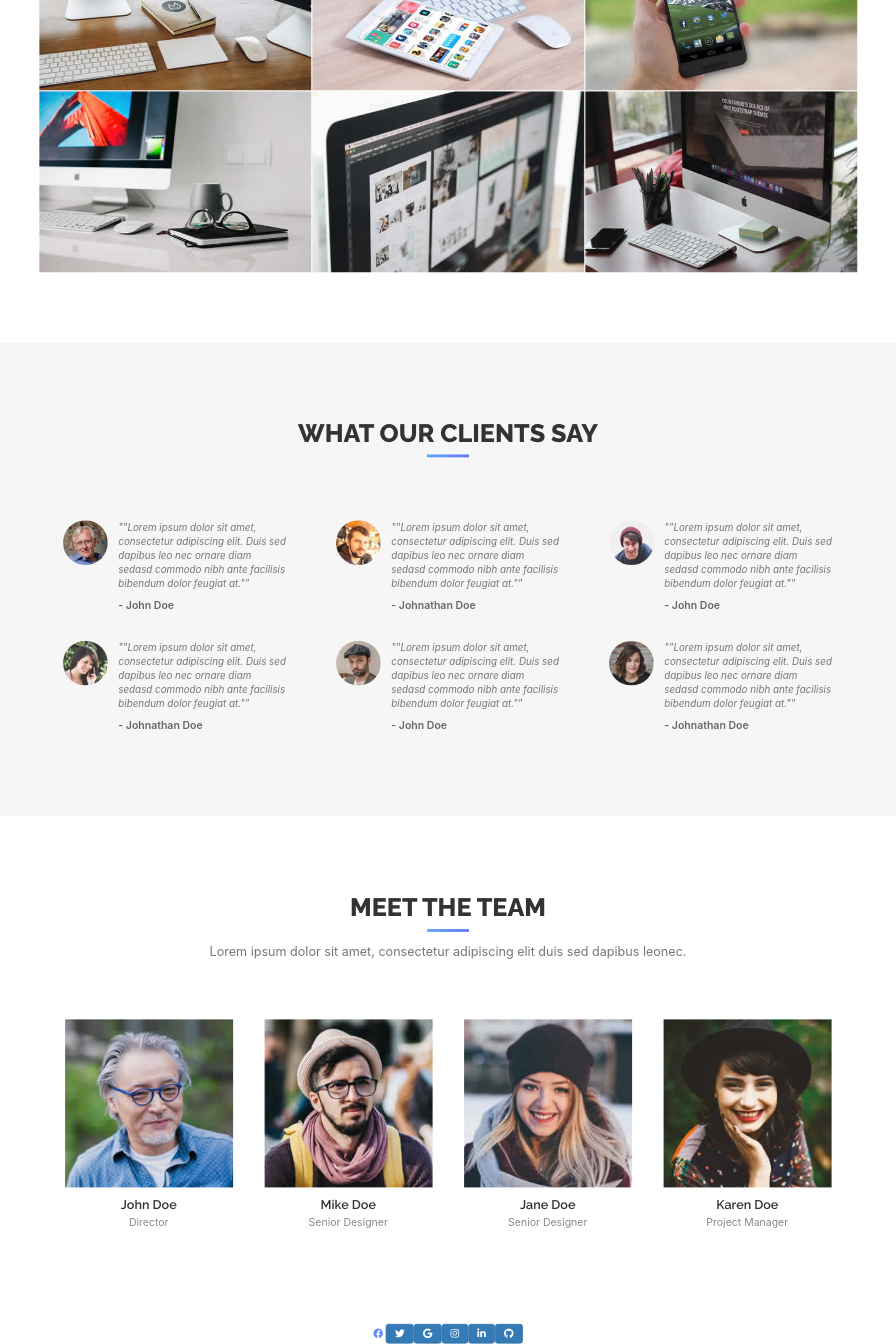
Repository: andrealepori/digitize-reactapp
Page: /
The author's editor kept a copy of each file at every save. The page is drawn from the files as they stood at one save, then again after a run of saves.
The browser window is 1280 px wide. The pictures show the part of the page from y = 3755 to 5675 px (the page is 5675 px tall before and 5664 px after), at 70% of full size.
The project was rebuilt for these pictures with package versions that can differ from the ones it lists, and the page was loaded fresh each time.

Above is the page before, as saved 2021-09-21 14:55:59.

### public/index.html
<head>
  <meta charset="utf-8" />
  <meta name="viewport" content="width=device-width, initial-scale=1" />
  <link rel="shortcut icon" href="img/favicon.ico" type="image/x-icon" />
  <link rel="apple-touch-icon" href="img/apple-touch-icon.png" />
  <link href="https://use.fontawesome.com/releases/v5.15.1/css/all.css" rel="stylesheet" />
  <link
    rel="apple-touch-icon"
    sizes="72x72"
    href="img/apple-touch-icon-72x72.png"
  />
  <link
    rel="apple-touch-icon"
    sizes="114x114"
    href="img/apple-touch-icon-114x114.png"
  />

  <link rel="stylesheet" type="text/css" href="css/bootstrap.css" />
  <link
    rel="stylesheet"
    type="text/css"
    href="fonts/font-awesome/css/font-awesome.css"
  />
  <link rel="stylesheet" type="text/css" href="css/style.css" />
  <link
    rel="stylesheet"
    type="text/css"
    href="css/nivo-lightbox/nivo-lightbox.css"
  />
  <link rel="stylesheet" type="text/css" href="css/nivo-lightbox/default.css" />
  <link
    href="https://fonts.googleapis.com/css?family=Open+Sans:300,400,600,700"
    rel="stylesheet"
  />
  <link
    href="https://fonts.googleapis.com/css?family=Lato:400,700"
    rel="stylesheet"
  />
  <link
    href="https://fonts.googleapis.com/css?family=Raleway:300,400,500,600,700,800,900"
    rel="stylesheet"
  />
  <title>DIGITIZE</title>
  <meta name="description" content="" />
  <meta name="author" content="@andrealepori" />
</head>

<body id="page-top" data-spy="scroll" data-target=".navbar-fixed-top">
  <div id="root"></div>




  <script type="text/javascript" src="js/jquery.1.11.1.js"></script>
  <script type="text/javascript" src="js/bootstrap.js"></script>
</body>

### src/App.jsx
import { useState, useEffect } from "react";
import { Navigation } from "./components/navigation";
import { Header } from "./components/header";
import { Features } from "./components/features";
import { About } from "./components/about";
import { Services } from "./components/services";
import { Gallery } from "./components/gallery";
import { Testimonials } from "./components/testimonials";
import { Team } from "./components/Team";
import { Contact } from "./components/contact";
import JsonData from "./data/data.json";
import SmoothScroll from "smooth-scroll";
import "./App.css";

export const scroll = new SmoothScroll('a[href*="#"]', {
  speed: 1000,
  speedAsDuration: true,
});

const App = () => {
  const [landingPageData, setLandingPageData] = useState({});
  useEffect(() => {
    setLandingPageData(JsonData);
  }, []);

  return (
    <div>
      <Navigation />
      <Header data={landingPageData.Header} />
      <Features data={landingPageData.Features} />
      <About data={landingPageData.About} />
      <Services data={landingPageData.Services} />
      <Gallery data={landingPageData.Gallery}/>
      <Testimonials data={landingPageData.Testimonials} />
      <Team data={landingPageData.Team} />
      <Contact data={landingPageData.Contact} />

    </div>
  );
};

export default App;

### src/components/navigation.jsx
export const Navigation = (props) => {
  return (
    <nav id='menu' className='navbar navbar-default navbar-fixed-top'>
      <div className='container'>
        <div className='navbar-header'>
          <button
            type='button'
            className='navbar-toggle collapsed'
            data-toggle='collapse'
            data-target='#bs-example-navbar-collapse-1'
          >
            {' '}
            <span className='sr-only'>Toggle navigation</span>{' '}
            <span className='icon-bar'></span>{' '}
            <span className='icon-bar'></span>{' '}
            <span className='icon-bar'></span>{' '}
          </button>

          <a className='navbar-brand page-scroll' href='#page-top'>

          </a>{' '}
        </div>

        <div
          className='collapse navbar-collapse'
          id='bs-example-navbar-collapse-1'
        >
          <img src="img/logo.png" width="17%" height="auto"></img>
          <ul className='nav navbar-nav navbar-right'>
            <li>
              <a href='#features' className='page-scroll'>
                Features
              </a>
            </li>
            <li>
              <a href='#about' className='page-scroll'>
                About
              </a>
            </li>
            <li>
              <a href='#services' className='page-scroll'>
                Services
              </a>
            </li>
            <li>
              <a href='#portfolio' className='page-scroll'>
                Gallery
              </a>
            </li>
            <li>
              <a href='#testimonials' className='page-scroll'>
                Testimonials
              </a>
            </li>
            <li>
              <a href='#team' className='page-scroll'>
                Team
              </a>
            </li>
            <li>
              <a href='#contact' className='page-scroll'>
                Contact
              </a>
            </li>
          </ul>
        </div>
      </div>
    </nav>
  )
}

### src/components/header.jsx
export const Header = (props) => {
  return (
    <header id='header'>
      <div className='intro'>
        <div className='overlay'>
          <div className='container'>
            <div className='row'>
              <div className='col-md-8 col-md-offset-2 intro-text'>
                <h1>
                  {props.data ? props.data.title : 'Loading'}
                  <span></span>
                </h1>
                <p>{props.data ? props.data.paragraph : 'Loading'}</p>
                <a
                  href='#features'
                  className='btn btn-custom btn-lg page-scroll'
                >
                  Learn More
                </a>{' '}
              </div>
            </div>
          </div>
        </div>
      </div>
    </header>
  )
}

### src/components/about.jsx
export const About = (props) => {
  return (
    <div id="about">
      <div className="container">
        <div className="row">
          <div className="col-xs-12 col-md-6">
            {" "}
            <img src="img/about.jpg" className="img-responsive" alt="" />{" "}
          </div>
          <div className="col-xs-12 col-md-6">
            <div className="about-text">
              <h2>About Us</h2>
              <p>{props.data ? props.data.paragraph : "loading..."}</p>
              <h3>Why Choose Us?</h3>
              <div className="list-style">
                <div className="col-lg-6 col-sm-6 col-xs-12">
                  <ul>
                    {props.data
                      ? props.data.Why.map((d, i) => (
                          <li key={`${d}-${i}`}>{d}</li>
                        ))
                      : "loading"}
                  </ul>
                </div>
                <div className="col-lg-6 col-sm-6 col-xs-12">
                  <ul>
                    {props.data
                      ? props.data.Why2.map((d, i) => (
                          <li key={`${d}-${i}`}> {d}</li>
                        ))
                      : "loading"}
                  </ul>
                </div>
              </div>
            </div>
          </div>
        </div>
      </div>
    </div>
  );
};

### src/components/services.jsx
export const Services = (props) => {
  return (
    <div id='services' className='text-center'>
      <div className='container'>
        <div className='section-title'>
          <h2>Our Services</h2>
          <p>
            Lorem ipsum dolor sit amet, consectetur adipiscing elit duis sed
            dapibus leonec.
          </p>
        </div>
        <div className='row'>
          {props.data
            ? props.data.map((d, i) => (
                <div key={`${d.name}-${i}`} className='col-md-4'>
                  {' '}
                  <i className={d.icon}></i>
                  <div className='service-desc'>
                    <h3>{d.name}</h3>
                    <p>{d.text}</p>
                  </div>
                </div>
              ))
            : 'loading'}
        </div>
      </div>
    </div>
  )
}

### src/components/gallery.jsx
import { Image } from "./image";

export const Gallery = (props) => {
  return (
    <div id='portfolio' className='text-center'>
      <div className='container'>
        <div className='section-title'>
          <h2>Gallery</h2>
          <p>
            Lorem ipsum dolor sit amet, consectetur adipiscing elit duis sed
            dapibus leonec.
          </p>
        </div>
        <div className='row'>
          <div className='portfolio-items'>
            {props.data
              ? props.data.map((d, i) => (
                <div key={`${d.title}-${i}`} className='col-sm-6 col-md-4 col-lg-4'>
                  <Image title={d.title} largeImage={d.largeImage} smallImage={d.smallImage} />
                </div>
              ))
              : 'Loading...'}
          </div>
        </div>
      </div>
    </div>
  )
}

### src/components/testimonials.jsx
export const Testimonials = (props) => {
  return (
    <div id='testimonials'>
      <div className='container'>
        <div className='section-title text-center'>
          <h2>What our clients say</h2>
        </div>
        <div className='row'>
          {props.data
            ? props.data.map((d, i) => (
                <div key={`${d.name}-${i}`} className='col-md-4'>
                  <div className='testimonial'>
                    <div className='testimonial-image'>
                      {' '}
                      <img src={d.img} alt='' />{' '}
                    </div>
                    <div className='testimonial-content'>
                      <p>"{d.text}"</p>
                      <div className='testimonial-meta'> - {d.name} </div>
                    </div>
                  </div>
                </div>
              ))
            : 'loading'}
        </div>
      </div>
    </div>
  )
}

### src/components/Team.jsx
export const Team = (props) => {
  return (
    <div id='team' className='text-center'>
      <div className='container'>
        <div className='col-md-8 col-md-offset-2 section-title'>
          <h2>Meet the Team</h2>
          <p>
            Lorem ipsum dolor sit amet, consectetur adipiscing elit duis sed
            dapibus leonec.
          </p>
        </div>
        <div id='row'>
          {props.data
            ? props.data.map((d, i) => (
                <div key={`${d.name}-${i}`} className='col-md-3 col-sm-6 team'>
                  <div className='thumbnail'>
                    {' '}
                    <img src={d.img} alt='...' className='team-img' />
                    <div className='caption'>
                      <h4>{d.name}</h4>
                      <p>{d.job}</p>
                    </div>
                  </div>
                </div>
              ))
            : 'loading'}
        </div>
      </div>
    </div>
  )
}

### src/components/contact.jsx
import { useState } from 'react'

import emailjs from 'emailjs-com'

const initialState = {
  name: '',
  email: '',
  message: '',
}
export const Contact = (props) => {
  const [{ name, email, message }, setState] = useState(initialState)

  const handleChange = (e) => {
    const { name, value } = e.target
    setState((prevState) => ({ ...prevState, [name]: value }))
  }
  const clearState = () => setState({ ...initialState })

  const handleSubmit = (e) => {
    e.preventDefault()
    console.log(name, email, message)
    emailjs
      .sendForm(
        'YOUR_SERVICE_ID', 'YOUR_TEMPLATE_ID', e.target, 'YOUR_USER_ID'
      )
      .then(
        (result) => {
          console.log(result.text)
          clearState()
        },
        (error) => {
          console.log(error.text)
        }
      )
  }
  return (

  <footer class="bg-light text-center text-white">

  <div className="container p-4 pb-0">



      <a clssName="btn btn-primary btn-floating m-1"

        href="#!"
        role="button"
        ><i className="fab fa-facebook-f"></i> </a>

      <a
        className="btn btn-primary btn-floating m-1"

        href="#!"
        role="button"
        ><i className="fab fa-twitter"></i></a>
      <a
        className="btn btn-primary btn-floating m-1"


        href="#!"
        role="button"
        ><i className="fab fa-google"></i></a>
      <a
        className="btn btn-primary btn-floating m-1"


        href="#!"
        role="button"
        ><i className="fab fa-instagram"></i></a>
      <a
        className="btn btn-primary btn-floating m-1"

        href="#!"
        role="button"
        ><i className="fab fa-linkedin-in"></i></a>
      <a
        className="btn btn-primary btn-floating m-1"

        href="#!"
        role="button"
        ><i className="fab fa-github"></i></a>
  </div>

</footer>
  )
}

### public/css/nivo-lightbox/nivo-lightbox.css
/*
 * Nivo Lightbox v1.2.0
 * http://dev7studios.com/nivo-lightbox
 *
 * Copyright 2013, Dev7studios
 * Free to use and abuse under the MIT license.
 * http://www.opensource.org/licenses/mit-license.php
 */

.nivo-lightbox-overlay {
	position: fixed;
	top: 0;
	left: 0;
	z-index: 99998;
	width: 100%;
	height: 100%;
	overflow: hidden;
	visibility: hidden;
	opacity: 0;
	-webkit-box-sizing: border-box;
	-moz-box-sizing: border-box;
	box-sizing: border-box;
}
.nivo-lightbox-overlay.nivo-lightbox-open {
	visibility: visible;
	opacity: 1;
}
.nivo-lightbox-wrap  {
	position: absolute;
	top: 10%;
	bottom: 10%;
	left: 10%;
	right: 10%;
}
.nivo-lightbox-content {
	width: 100%;
	height: 100%;
}
.nivo-lightbox-title-wrap {
	position: absolute;
	bottom: 0;
	left: 0;
	width: 100%;
	z-index: 99999;
	text-align: center;
}
.nivo-lightbox-nav { display: none; }
.nivo-lightbox-prev {
	position: absolute;
	top: 50%;
	left: 0;
}
.nivo-lightbox-next {
	position: absolute;
	top: 50%;
	right: 0;
}
.nivo-lightbox-close {
	position: absolute;
	top: 2%;
	right: 2%;
}

.nivo-lightbox-image { text-align: center; }
.nivo-lightbox-image img {
	max-width: 100%;
	max-height: 100%;
	width: auto;
	height: auto;
	vertical-align: middle;
}
.nivo-lightbox-content iframe {
	width: 100%;
	height: 100%;
}
.nivo-lightbox-inline,
.nivo-lightbox-ajax {
	max-height: 100%;
	overflow: auto;
	-webkit-box-sizing: border-box;
	-moz-box-sizing: border-box;
	box-sizing: border-box;
	/* https://bugzilla.mozilla.org/show_bug.cgi?id=308801 */
}
.nivo-lightbox-error {
	display: table;
	text-align: center;
	width: 100%;
	height: 100%;
	color: #fff;
	text-shadow: 0 1px 1px #000;
}
.nivo-lightbox-error p {
	display: table-cell;
	vertical-align: middle;
}

/* Effects
 **********************************************/
.nivo-lightbox-notouch .nivo-lightbox-effect-fade,
.nivo-lightbox-notouch .nivo-lightbox-effect-fadeScale,
.nivo-lightbox-notouch .nivo-lightbox-effect-slideLeft,
.nivo-lightbox-notouch .nivo-lightbox-effect-slideRight,
.nivo-lightbox-notouch .nivo-lightbox-effect-slideUp,
.nivo-lightbox-notouch .nivo-lightbox-effect-slideDown,
.nivo-lightbox-notouch .nivo-lightbox-effect-fall {
	-webkit-transition: all 0.2s ease-in-out;
	   -moz-transition: all 0.2s ease-in-out;
	    -ms-transition: all 0.2s ease-in-out;
	     -o-transition: all 0.2s ease-in-out;
	        transition: all 0.2s ease-in-out;
}

/* fadeScale */
.nivo-lightbox-effect-fadeScale .nivo-lightbox-wrap {
	-webkit-transition: all 0.3s;
	   -moz-transition: all 0.3s;
	    -ms-transition: all 0.3s;
	     -o-transition: all 0.3s;
	        transition: all 0.3s;
	-webkit-transform: scale(0.7);
	   -moz-transform: scale(0.7);
	    -ms-transform: scale(0.7);
	        transform: scale(0.7);
}
.nivo-lightbox-effect-fadeScale.nivo-lightbox-open .nivo-lightbox-wrap {
	-webkit-transform: scale(1);
	   -moz-transform: scale(1);
	    -ms-transform: scale(1);
	        transform: scale(1);
}

/* slideLeft / slideRight / slideUp / slideDown */
.nivo-lightbox-effect-slideLeft .nivo-lightbox-wrap,
.nivo-lightbox-effect-slideRight .nivo-lightbox-wrap,
.nivo-lightbox-effect-slideUp .nivo-lightbox-wrap,
.nivo-lightbox-effect-slideDown .nivo-lightbox-wrap {
	-webkit-transition: all 0.3s cubic-bezier(0.25, 0.5, 0.5, 0.9);
	   -moz-transition: all 0.3s cubic-bezier(0.25, 0.5, 0.5, 0.9);
	    -ms-transition: all 0.3s cubic-bezier(0.25, 0.5, 0.5, 0.9);
	     -o-transition: all 0.3s cubic-bezier(0.25, 0.5, 0.5, 0.9);
	        transition: all 0.3s cubic-bezier(0.25, 0.5, 0.5, 0.9);
}
.nivo-lightbox-effect-slideLeft .nivo-lightbox-wrap {
	-webkit-transform: translateX(-10%);
	   -moz-transform: translateX(-10%);
	    -ms-transform: translateX(-10%);
	        transform: translateX(-10%);
}
.nivo-lightbox-effect-slideRight .nivo-lightbox-wrap {
	-webkit-transform: translateX(10%);
	   -moz-transform: translateX(10%);
	    -ms-transform: translateX(10%);
	        transform: translateX(10%);
}
.nivo-lightbox-effect-slideLeft.nivo-lightbox-open .nivo-lightbox-wrap,
.nivo-lightbox-effect-slideRight.nivo-lightbox-open .nivo-lightbox-wrap {
	-webkit-transform: translateX(0);
	   -moz-transform: translateX(0);
	    -ms-transform: translateX(0);
	        transform: translateX(0);
}
.nivo-lightbox-effect-slideDown .nivo-lightbox-wrap {
	-webkit-transform: translateY(-10%);
	   -moz-transform: translateY(-10%);
	    -ms-transform: translateY(-10%);
	        transform: translateY(-10%);
}
.nivo-lightbox-effect-slideUp .nivo-lightbox-wrap {
	-webkit-transform: translateY(10%);
	   -moz-transform: translateY(10%);
	    -ms-transform: translateY(10%);
	        transform: translateY(10%);
}
.nivo-lightbox-effect-slideUp.nivo-lightbox-open .nivo-lightbox-wrap,
.nivo-lightbox-effect-slideDown.nivo-lightbox-open .nivo-lightbox-wrap {
	-webkit-transform: translateY(0);
	   -moz-transform: translateY(0);
	    -ms-transform: translateY(0);
	        transform: translateY(0);
}

/* fall */
.nivo-lightbox-body-effect-fall .nivo-lightbox-effect-fall {
	-webkit-perspective: 1000px;
	   -moz-perspective: 1000px;
	        perspective: 1000px;
}
.nivo-lightbox-effect-fall .nivo-lightbox-wrap {
	-webkit-transition: all 0.3s ease-out;
	   -moz-transition: all 0.3s ease-out;
	    -ms-transition: all 0.3s ease-out;
	     -o-transition: all 0.3s ease-out;
	        transition: all 0.3s ease-out;
	-webkit-transform: translateZ(300px);
	   -moz-transform: translateZ(300px);
	    -ms-transform: translateZ(300px);
	        transform: translateZ(300px);
}
.nivo-lightbox-effect-fall.nivo-lightbox-open .nivo-lightbox-wrap {
	-webkit-transform: translateZ(0);
	   -moz-transform: translateZ(0);
	    -ms-transform: translateZ(0);
	        transform: translateZ(0);
}

### public/css/nivo-lightbox/default.css
/*
 * Nivo Lightbox Default Theme v1.0
 * http://dev7studios.com/nivo-lightbox
 *
 * Copyright 2013, Dev7studios
 * Free to use and abuse under the MIT license.
 * http://www.opensource.org/licenses/mit-license.php
 */

 .nivo-lightbox-theme-default * {
    -webkit-box-sizing: initial !important;
    -moz-box-sizing: initial !important;
    box-sizing: initial !important;
 }
.nivo-lightbox-theme-default.nivo-lightbox-overlay {
	background: #666;
	background: rgba(0,0,0,0.6);
}
.nivo-lightbox-theme-default .nivo-lightbox-content.nivo-lightbox-loading { background: url(loading.gif) no-repeat 50% 50%; }

.nivo-lightbox-theme-default .nivo-lightbox-nav {
	top: 10%;
	width: 8%;
	height: 80%;
	text-indent: -9999px;
	background-repeat: no-repeat;
	background-position: 50% 50%;
	opacity: 0.5;
}
.nivo-lightbox-theme-default .nivo-lightbox-nav:hover {
	opacity: 1;
	background-color: transparent;
}
.nivo-lightbox-theme-default .nivo-lightbox-prev {
	background-image: url(prev.png);
	border-radius: 0 3px 3px 0;
}
.nivo-lightbox-theme-default .nivo-lightbox-next {
	background-image: url(next.png);
	border-radius: 3px 0 0 3px;
}

.nivo-lightbox-theme-default .nivo-lightbox-close {
	display: block;
	background: url(close.png) no-repeat 5px 5px;
	width: 16px;
	height: 16px;
	text-indent: -9999px;
	padding: 5px;
	opacity: 0.5;
}
.nivo-lightbox-theme-default .nivo-lightbox-close:hover { opacity: 1; }

.nivo-lightbox-theme-default .nivo-lightbox-title-wrap { bottom: -7%; }
.nivo-lightbox-theme-default .nivo-lightbox-title {
	font: 14px/20px 'Helvetica Neue', Helvetica, Arial, sans-serif;
	font-style: normal;
	font-weight: normal;
	background: #000;
	color: #fff;
	padding: 7px 15px;
	border-radius: 30px;
}

.nivo-lightbox-theme-default .nivo-lightbox-image img {
	background: #fff;
	-webkit-box-shadow: 0px 1px 1px rgba(0,0,0,0.4);
	   -moz-box-shadow: 0px 1px 1px rgba(0,0,0,0.4);
	        box-shadow: 0px 1px 1px rgba(0,0,0,0.4);
}
.nivo-lightbox-theme-default .nivo-lightbox-ajax,
.nivo-lightbox-theme-default .nivo-lightbox-inline {
	background: #fff;
	padding: 40px;
	-webkit-box-shadow: 0px 1px 1px rgba(0,0,0,0.4);
	   -moz-box-shadow: 0px 1px 1px rgba(0,0,0,0.4);
	        box-shadow: 0px 1px 1px rgba(0,0,0,0.4);
}

@media (-webkit-min-device-pixel-ratio: 1.3),
       (-o-min-device-pixel-ratio: 2.6/2),
       (min--moz-device-pixel-ratio: 1.3),
       (min-device-pixel-ratio: 1.3),
       (min-resolution: 1.3dppx) {

	.nivo-lightbox-theme-default .nivo-lightbox-content.nivo-lightbox-loading {
		background-image: url(loading@2x.gif);
		background-size: 32px 32px;
	}
	.nivo-lightbox-theme-default .nivo-lightbox-prev {
		background-image: url(prev@2x.png);
		background-size: 48px 48px;
	}
	.nivo-lightbox-theme-default .nivo-lightbox-next {
		background-image: url(next@2x.png);
		background-size: 48px 48px;
	}
	.nivo-lightbox-theme-default .nivo-lightbox-close {
		background-image: url(close@2x.png);
		background-size: 16px 16px;
	}

}

Loaded but not shown: src/index.js (common file); src/index.css (common file); src/serviceWorker.js (common file); src/components/features.jsx (common file); src/App.css (common file); src/components/image.jsx (common file); public/css/bootstrap.css (library); public/fonts/font-awesome/css/font-awesome.css (library); public/js/jquery.1.11.1.js (library); public/js/bootstrap.js (library); src/data/data.json (184 lines, source omitted); public/css/style.css (607 lines, source omitted)

After the next 3 saves:
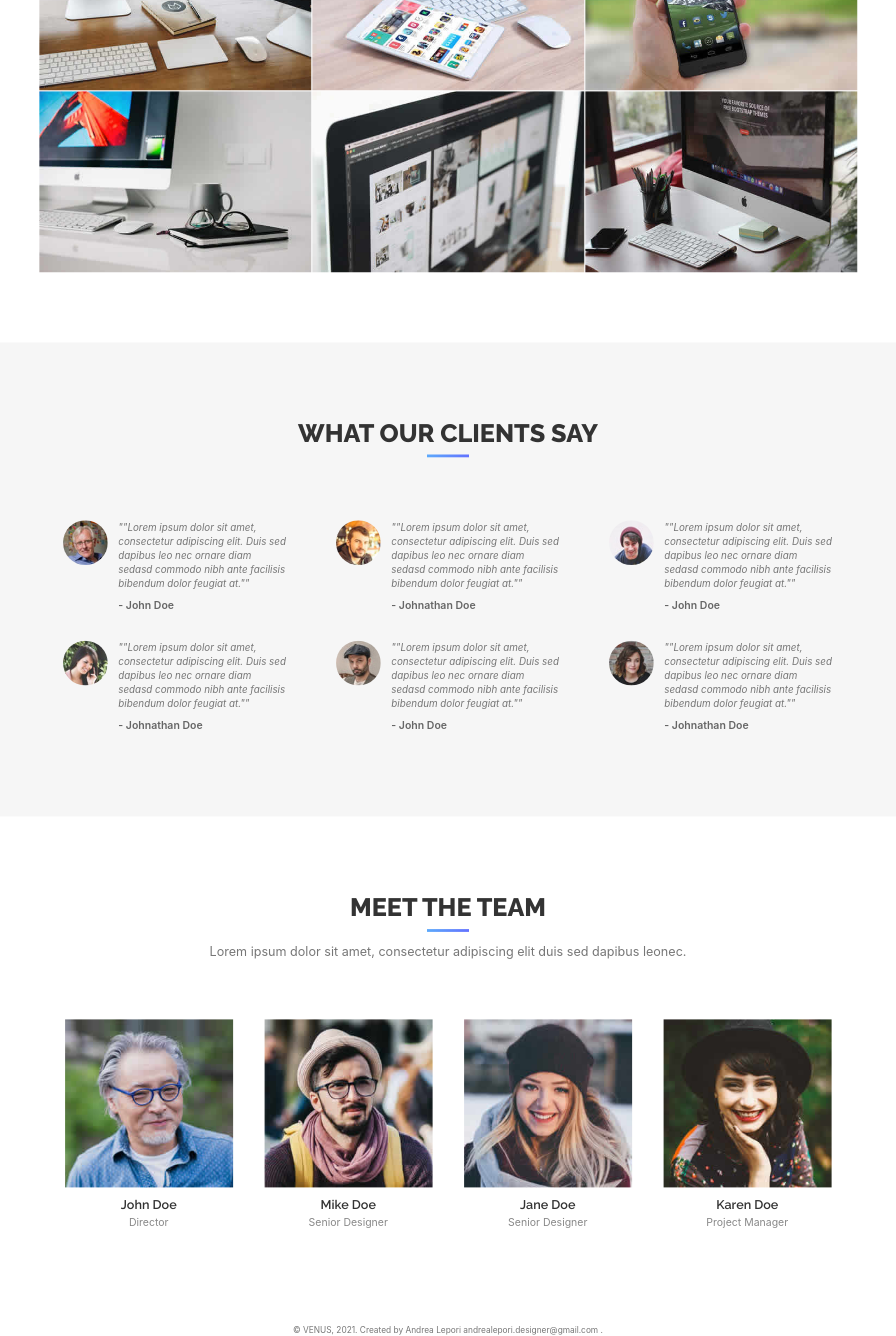
The 3 saves are shown as one change because 2 did not build or start.
The last was saved 12 min 14 s later.
--- a/src/components/contact.jsx
+++ b/src/components/contact.jsx
@@ -35,52 +35,13 @@ export const Contact = (props) => {
   }
   return (
 
-  <footer class="bg-light text-center text-white">
+  <footer className="bg-light text-center text-white">
 
   <div className="container p-4 pb-0">
 
 
-
-      <a clssName="btn btn-primary btn-floating m-1"
-
-        href="#!"
-        role="button"
-        ><i className="fab fa-facebook-f"></i> </a>
-
-      <a
-        className="btn btn-primary btn-floating m-1"
-
-        href="#!"
-        role="button"
-        ><i className="fab fa-twitter"></i></a>
-      <a
-        className="btn btn-primary btn-floating m-1"
-
-
-        href="#!"
-        role="button"
-        ><i className="fab fa-google"></i></a>
-      <a
-        className="btn btn-primary btn-floating m-1"
-
-
-        href="#!"
-        role="button"
-        ><i className="fab fa-instagram"></i></a>
-      <a
-        className="btn btn-primary btn-floating m-1"
-
-        href="#!"
-        role="button"
-        ><i className="fab fa-linkedin-in"></i></a>
-      <a
-        className="btn btn-primary btn-floating m-1"
-
-        href="#!"
-        role="button"
-        ><i className="fab fa-github"></i></a>
+  <small className="footer__copyright">© VENUS, 2021. Created by Andrea Lepori andrealepori.designer@gmail.com . </small>
   </div>
-
 </footer>
   )
 }
